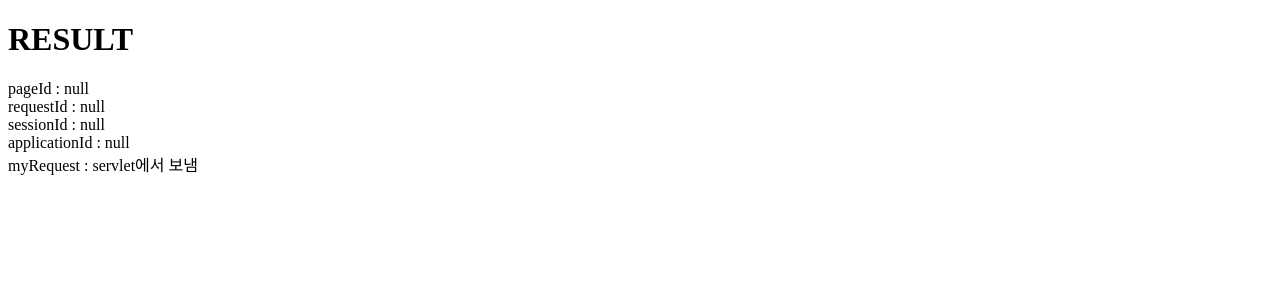
Repository: charamee/Web_kh
Page: http://localhost/Jsp06_Scope/scope.do
The author's editor kept a copy of each file at every save. The page is drawn from the files as they stood at one save, then again after the next save.
The browser window is 1280 px wide. The pictures show the whole page.
The page is served by Tomcat 9.

Above is the page before, as saved 2021-02-24 01:54:07.

After the next save:
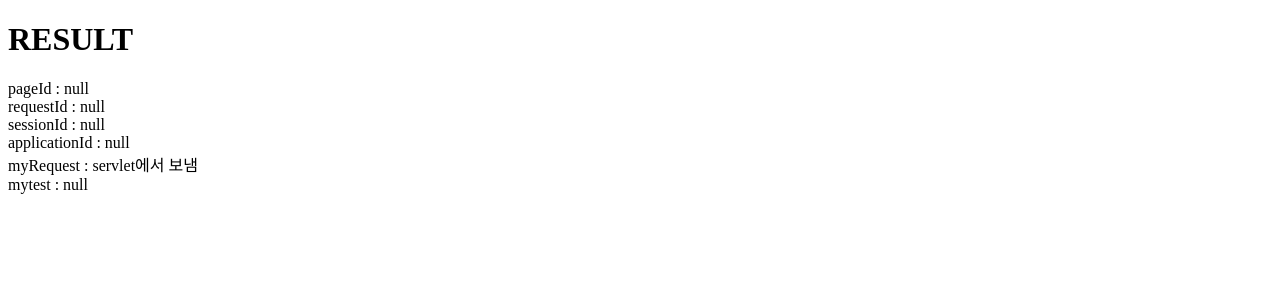
Saved 90 s later.
--- a/Workspace_WEB/Jsp06_Scope/WebContent/result.jsp
+++ b/Workspace_WEB/Jsp06_Scope/WebContent/result.jsp
@@ -19,9 +19,7 @@
 	sessionId : <%=application.getAttribute("applicationId") %> <br>
 	applicationId : <%=application.getAttribute("applicationId") %> <br>
 	myRequest : <%=request.getAttribute("myRequest") %> <br>
-<%
-	String test = request.getParameter("mytest");
-      System.out.println("test : " +test);
-%>
+	mytest : <%=request.getAttribute("test") %> <br>
+
 </body>
 </html>
